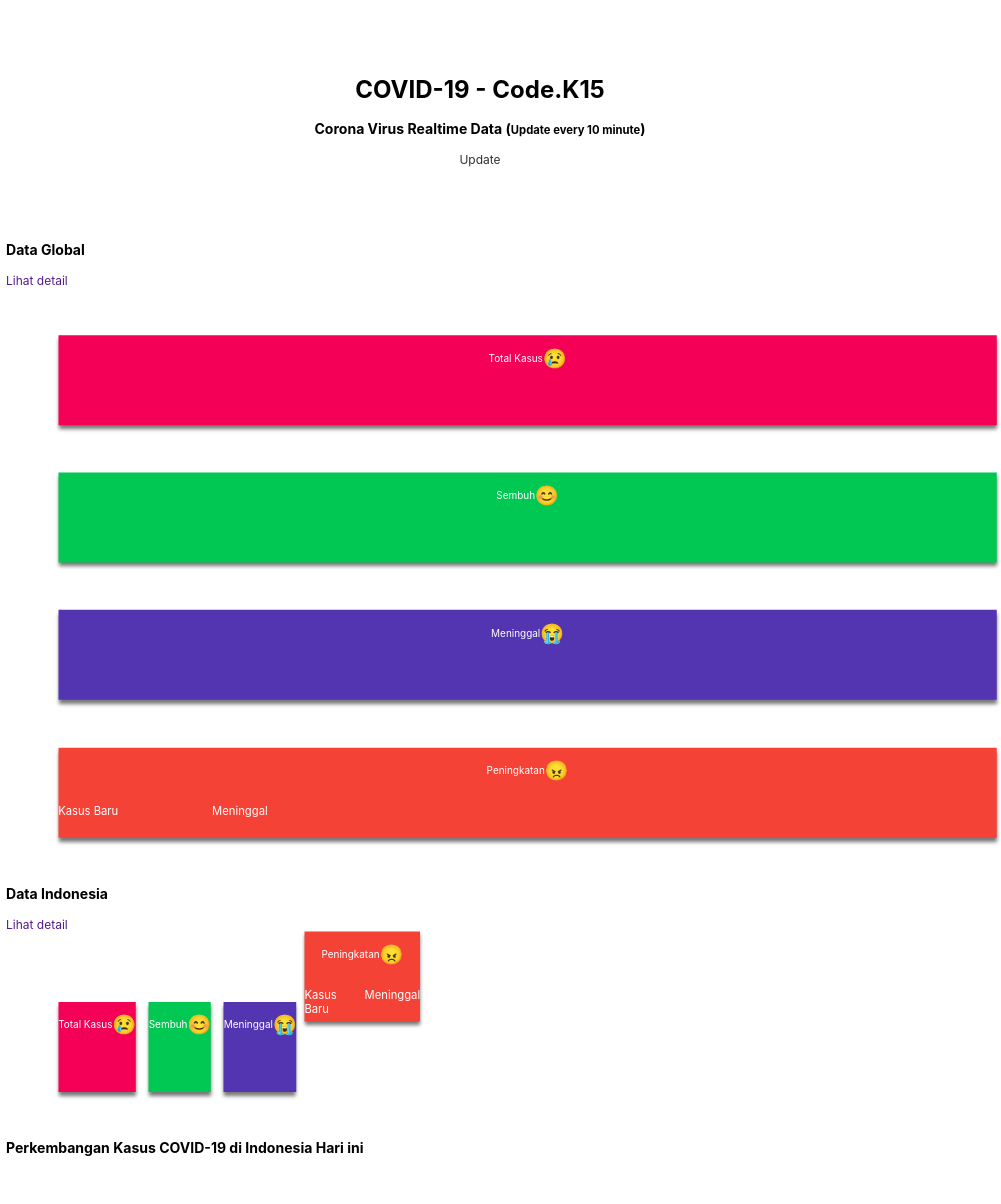
Repository: fathur15/covid19-monitoring
Page: http://localhost/covid19/apps/views/data/main/dashboard.php
An editor plug-in stored every save of this project. The page is shown before and after the next save, followed by the edit.
The browser window is 1280 px wide. The page is 1335 px wide, so the pictures cover 1335 px, including what lies to the right of the window. The pictures show the whole page, at 75% of full size.
The page is run by PHP 8.4 with error messages shown; the project is at /var/www/html/.

Above is the page before, as saved 2020-04-17 11:10:10.

After the next save:
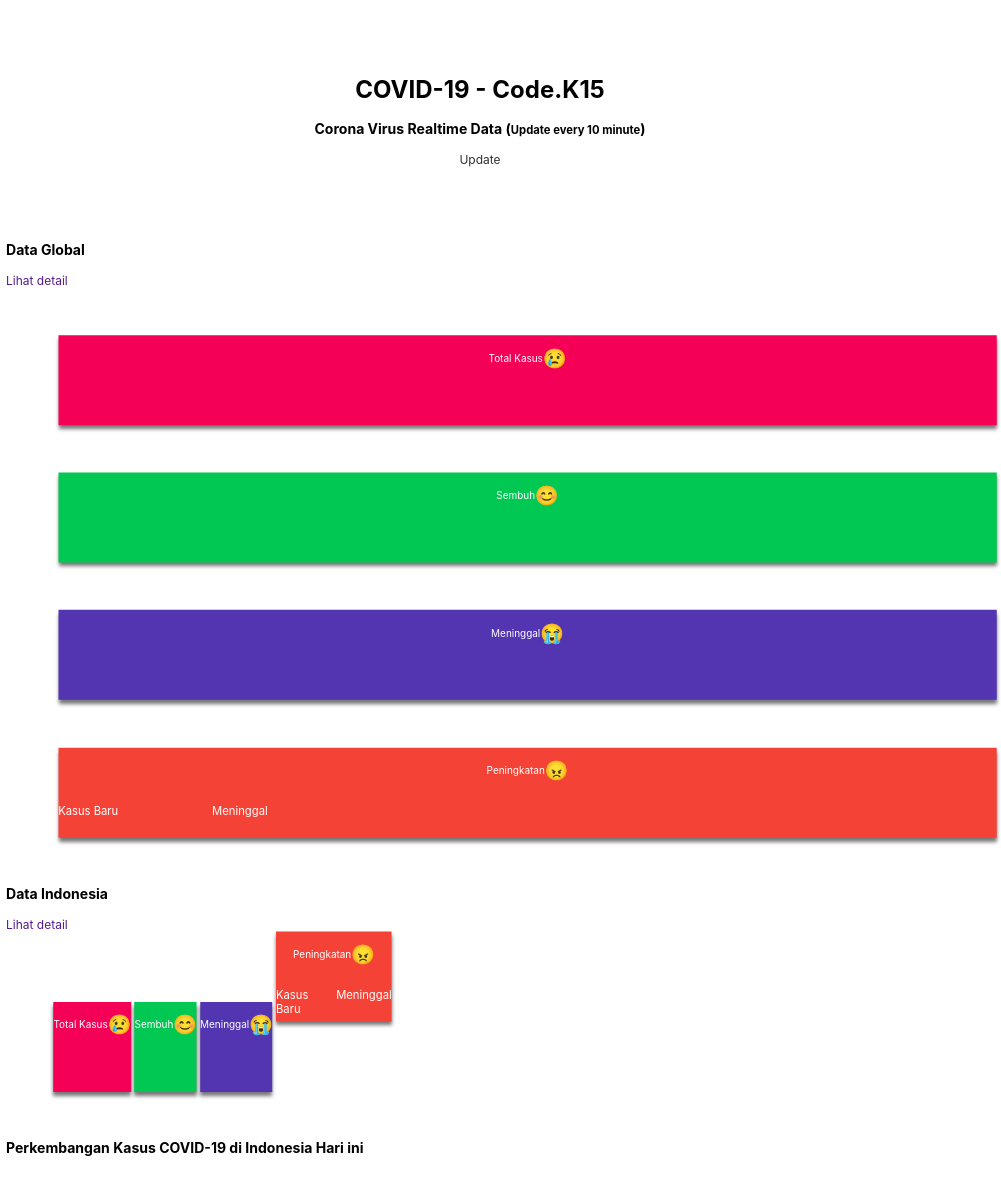
Saved 42 s later.
--- a/apps/views/data/main/dashboard.php
+++ b/apps/views/data/main/dashboard.php
@@ -94,7 +94,7 @@
                     <a style="text-decoration: none" href="">Lihat detail  <i class="fas fa-long-arrow-alt-right" aria-hidden="true"></i></a>
                 </div>
                 <div id="resumeIndonesia" class="row resume" style="width: 100%; margin: 0 5%;" >
-                    <div class="card col-md-3 shadow-box" style="background: #f50057; margin: 0 0.5%; display: inline-block; align-items: center; height: 120px ">
+                    <div class="card col-md-3 shadow-box" style="background: #f50057; margin: 0; display: inline-block; align-items: center; height: 120px ">
                         <div class="card-body">
                             <div style="flex-direction: row; display: flex; justify-content: center; align-items: center">
                                 <h5 id="title-kasus-indonesia" class="card-text">Total Kasus</h5>
@@ -103,7 +103,7 @@
                             <p style="font-size: 14px" class="card-text" id="kasus-indonesia"></p>
                         </div>
                     </div>
-                    <div class="card col-md-3 shadow-box" style="background: #00c853; margin: 0% 0.5%; display: inline-block; align-items: center; height: 120px ">
+                    <div class="card col-md-3 shadow-box" style="background: #00c853; margin: 0; display: inline-block; align-items: center; height: 120px ">
                         <div class="card-body">
                             <div style="flex-direction: row; display: flex; justify-content: center; align-items: center">
                                 <h5 id="title-kasus-indonesia" class="card-text">Sembuh</h5>
@@ -112,7 +112,7 @@
                             <p class="card-text" id="sembuh-indonesia"></p>
                         </div>
                     </div>
-                    <div class="card col-md-3 shadow-box" style="margin: 0% 0.5%; display: inline-block; height: 120px;align-items: center;  background :#5335b1">
+                    <div class="card col-md-3 shadow-box" style="margin: 0; display: inline-block; height: 120px;align-items: center;  background :#5335b1">
                         <div class="card-body">
                             <div style="flex-direction: row; display: flex; justify-content: center; align-items: center;">
                                 <h5 id="title-kasus-indonesia" class="card-text">Meninggal</h5>
